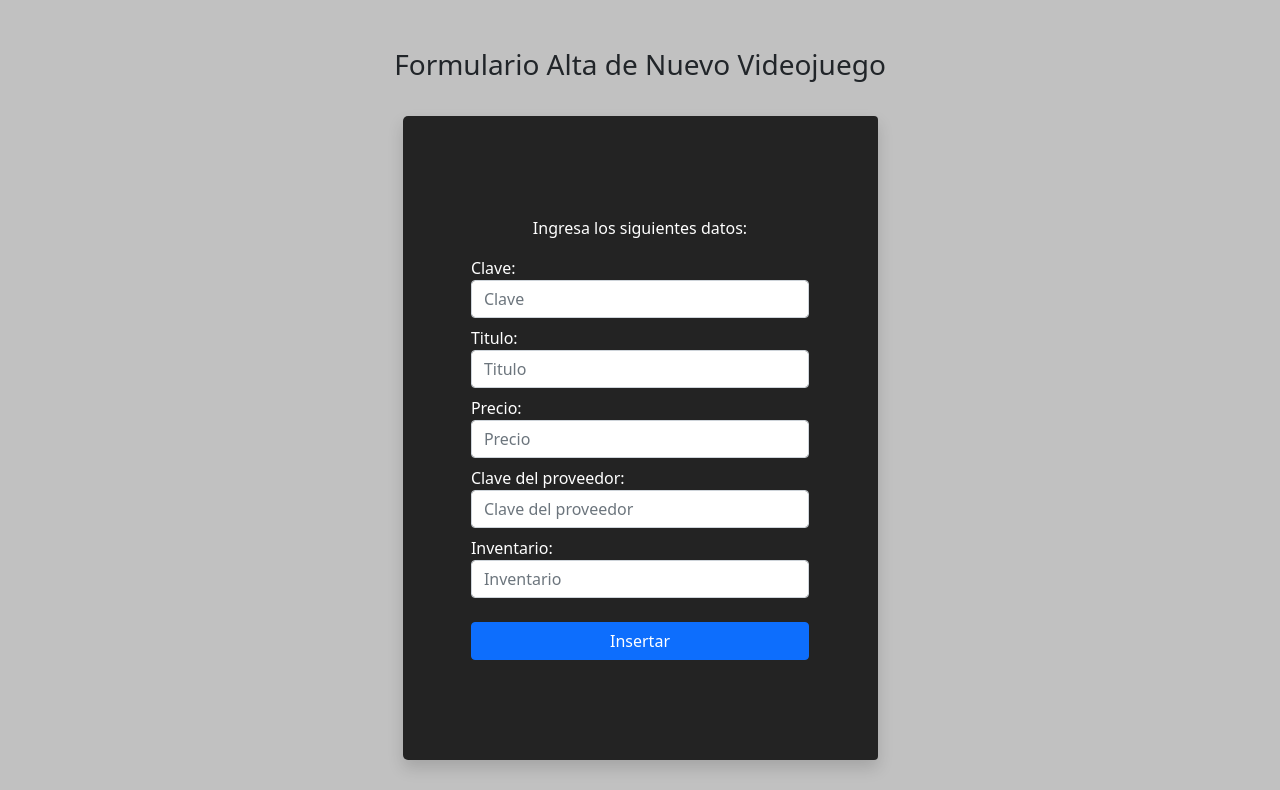
Repository: Jatziri16/JavaEE
Page: http://localhost/TiendaVideojuegos/FormularioInsertarVideojuego.jsp
These files come from the project's save history. The page is drawn as it stood at one moment and after the next save; the edit follows.
The browser window is 1280 px wide. The pictures show the whole page.
The page is served by Tomcat 9.

Above is the page before, as saved 2023-12-06 22:35:57.

After the next save:
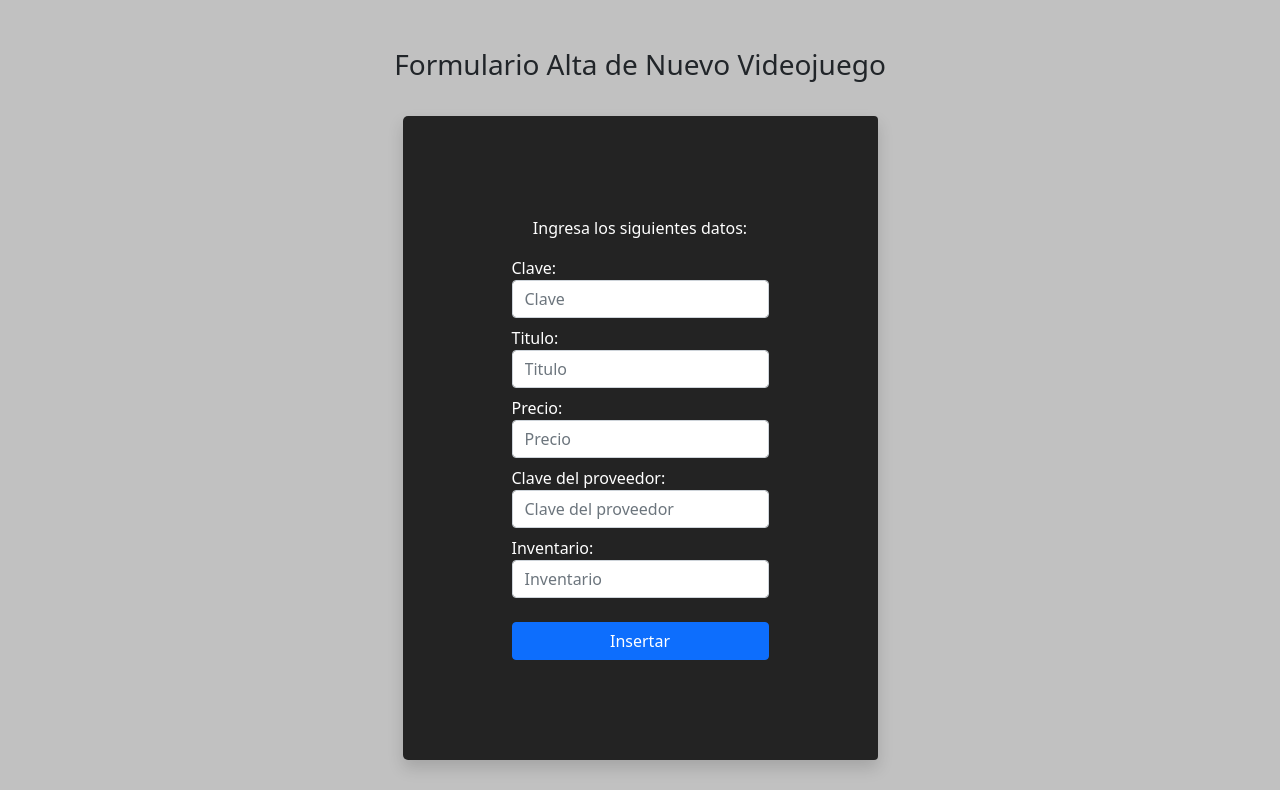
Saved 16 s later.
--- a/TiendaVideojuegos/src/main/webapp/FormularioInsertarVideojuego.jsp
+++ b/TiendaVideojuegos/src/main/webapp/FormularioInsertarVideojuego.jsp
@@ -18,7 +18,7 @@
 						<p class="text-center">Ingresa los siguientes datos:</p>
 						<div class="centrar">
 							<!-- FORM -->
-							<form action="InsertarVideojuego.do" method="GET" class="w-75">
+							<form action="InsertarVideojuego.do" method="GET">
 								<label for="clave">Clave:</label>
 								<input class="form-control mb-2" type="text" placeholder="Clave" name="cve" id="clave">
 

After the save that followed:
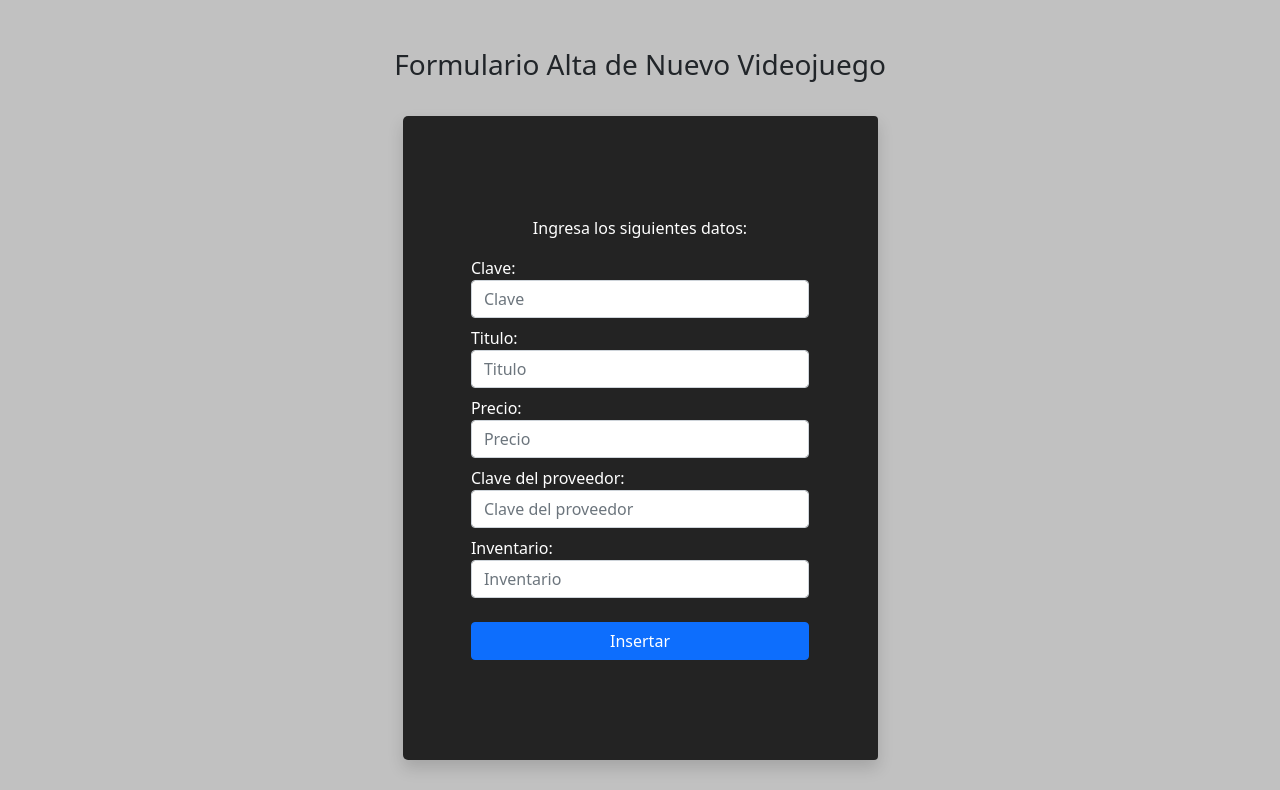
Saved 5 s later.
--- a/TiendaVideojuegos/src/main/webapp/FormularioInsertarVideojuego.jsp
+++ b/TiendaVideojuegos/src/main/webapp/FormularioInsertarVideojuego.jsp
@@ -18,7 +18,7 @@
 						<p class="text-center">Ingresa los siguientes datos:</p>
 						<div class="centrar">
 							<!-- FORM -->
-							<form action="InsertarVideojuego.do" method="GET">
+							<form action="InsertarVideojuego.do" method="GET" class="w-75">
 								<label for="clave">Clave:</label>
 								<input class="form-control mb-2" type="text" placeholder="Clave" name="cve" id="clave">
 
